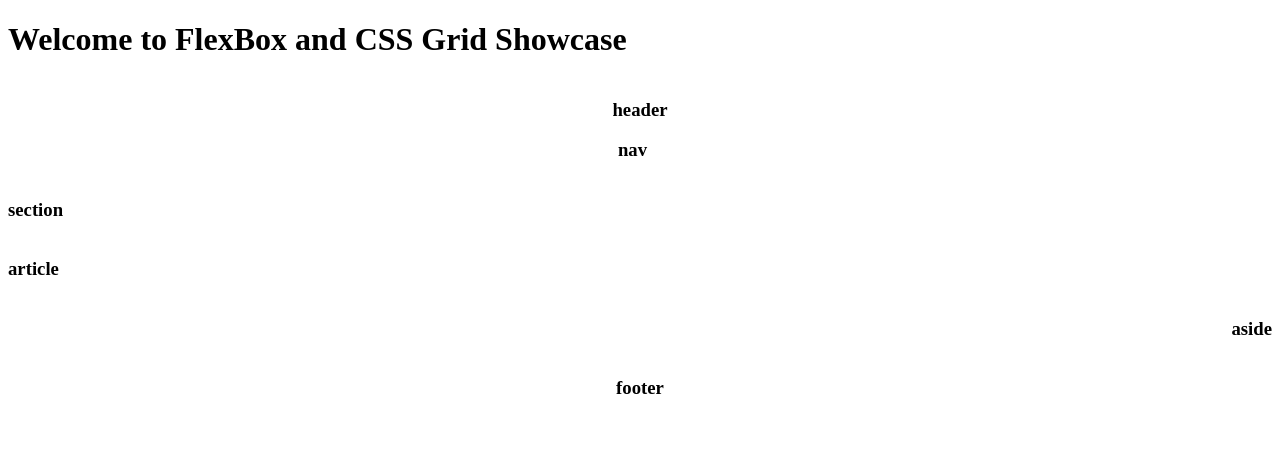
Repository: Awhit-commits/CSS_GRID_AND_FLEXBOX_LESSON
Page: index.html
The author's editor kept a copy of each file at every save. The page is drawn from the files as they stood at one save, then again after the next save.
The browser window is 1280 px wide. The pictures show the whole page.

Above is the page before, as saved 2020-12-21 17:46:52.

After the next save:
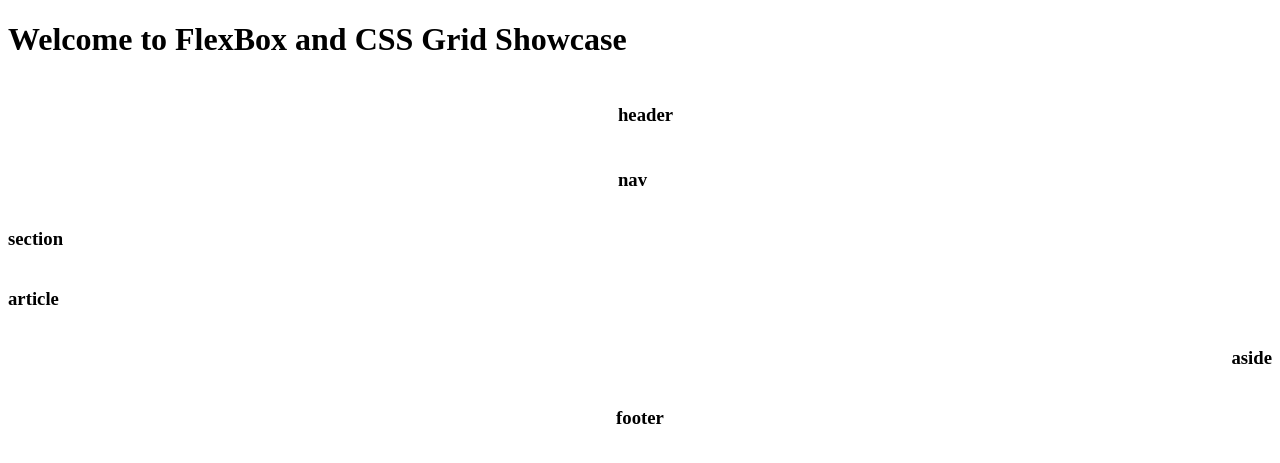
Saved 58 s later.
--- a/style.css
+++ b/style.css
@@ -21,7 +21,7 @@
 }
 .header{
     flex: 1 1 auto;
-    margin-top: 10%;
+    padding: 10%;
 }
 
 .nav{
